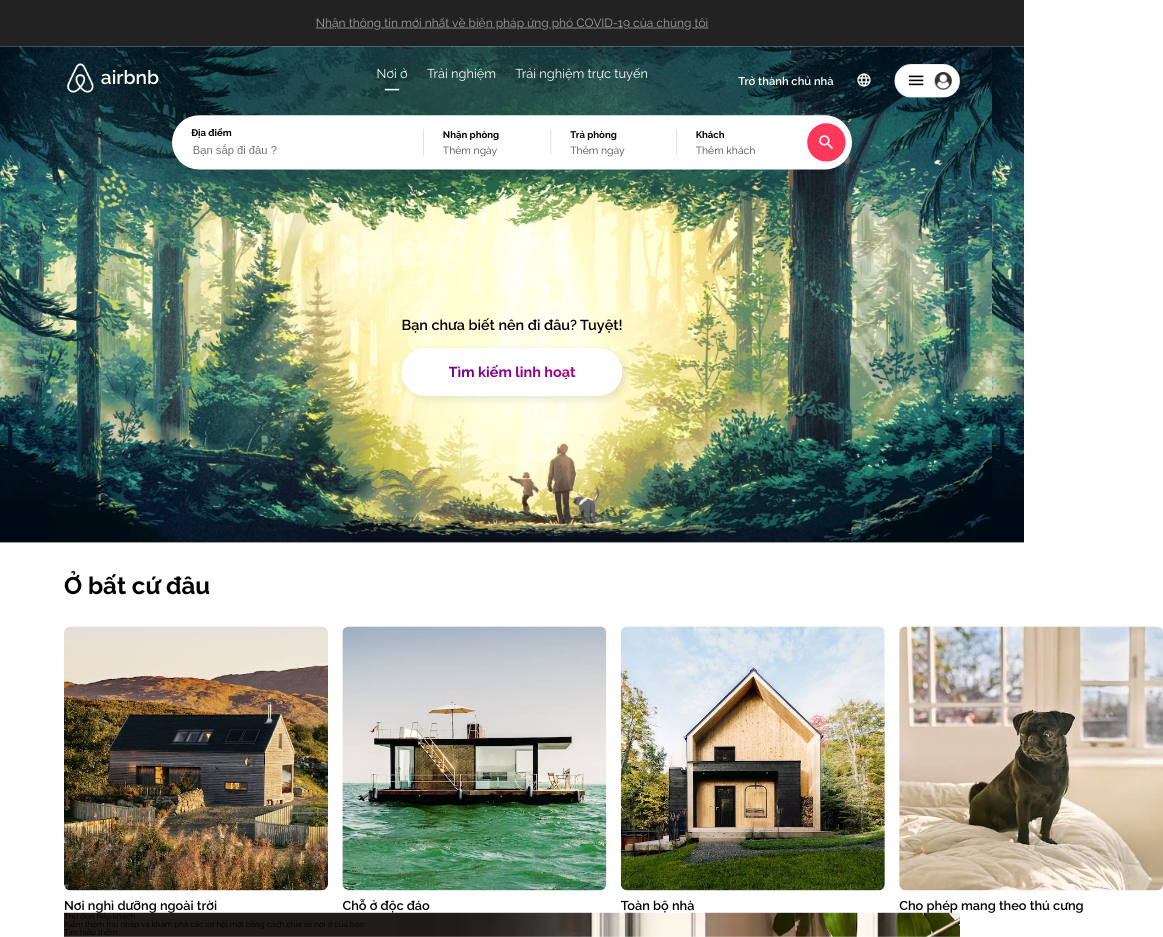
Repository: vanntrong/airbnb-clone
Page: index.html
The author's editor kept a copy of each file at every save. The page is drawn from the files as they stood at one save, then again after the next save.
The browser window is 1280 px wide. The page is 1454 px wide, so the pictures cover 1454 px, including what lies to the right of the window. The pictures show the whole page, at 80% of full size.

Above is the page before, as saved 2021-09-22 19:13:23.

After the next save:
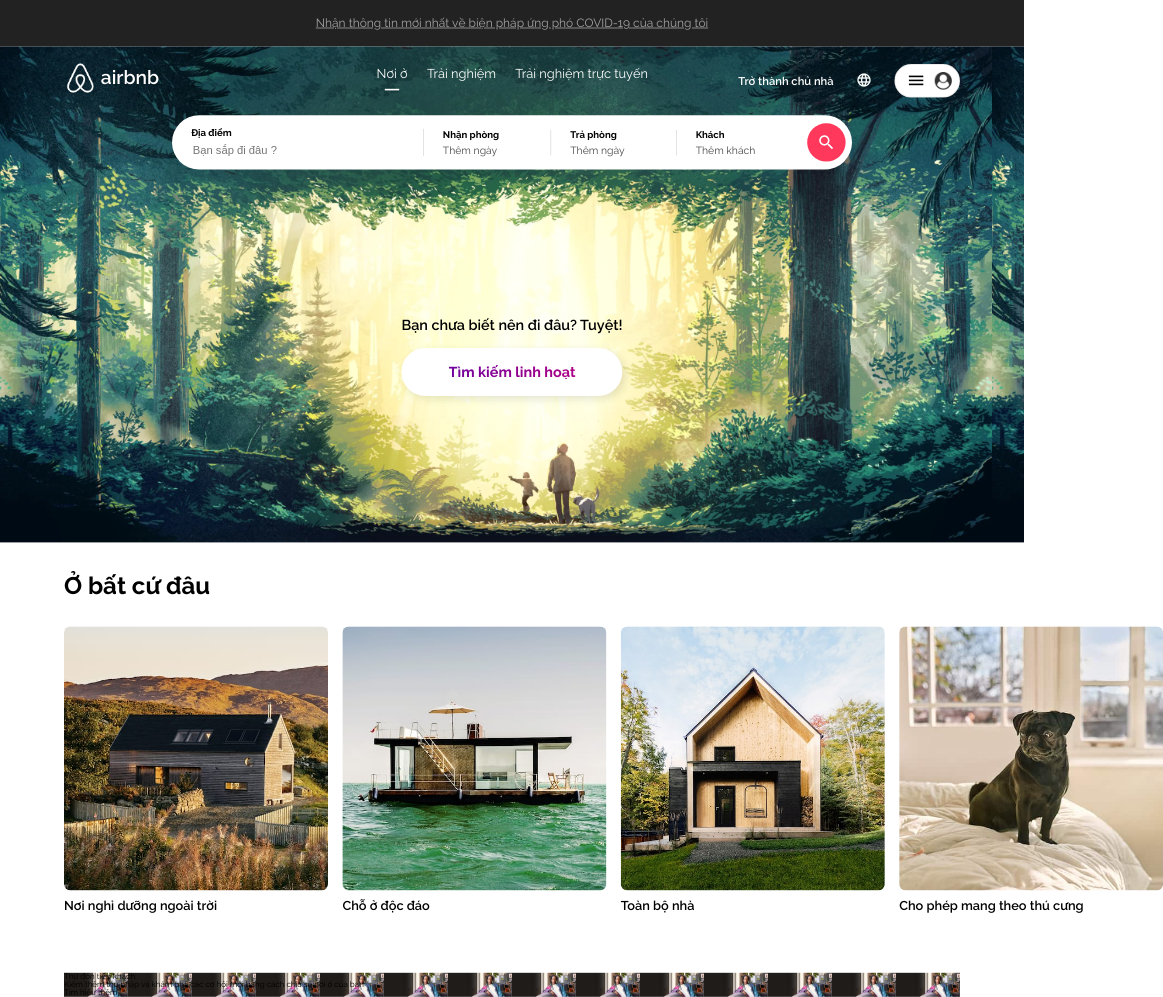
Saved 46 s later.
--- a/assets/css/style.css
+++ b/assets/css/style.css
@@ -356,5 +356,7 @@
 }
 
 .container__top {
+  margin-top: 75px;
   background: url("../images/container/container__background.png");
-}
+  background-size: contain;
+}
